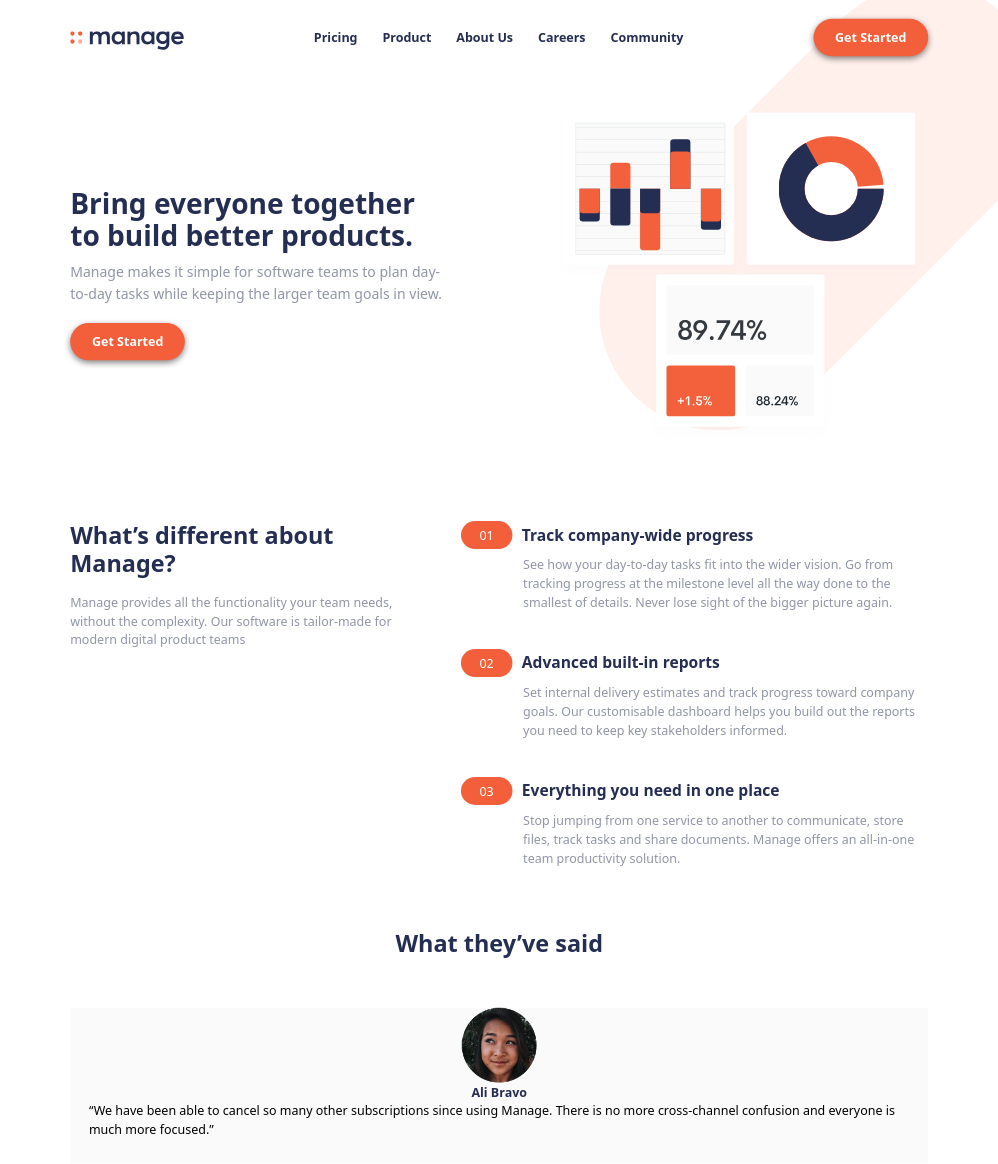
Repository: aqib-01/manage-landing-page
Page: /
The author's editor kept a copy of each file at every save. The page is drawn from the files as they stood at one save, then again after the next save.
The browser window is 1280 px wide. The pictures show the whole page, at 78% of full size.
The project was rebuilt for these pictures with package versions that can differ from the ones it lists, and the page was loaded fresh each time.

Above is the page before, as saved 2022-05-12 21:22:21.

### public/index.html
<!DOCTYPE html>
<html lang="en">
  <head>
    <meta charset="utf-8" />
    <link rel="icon" href="%PUBLIC_URL%/favicon.ico" />
    <meta name="viewport" content="width=device-width, initial-scale=1" />
    <meta name="theme-color" content="#000000" />
    <meta name="description" content="Manage Landing Page" />
    <link rel="apple-touch-icon" href="%PUBLIC_URL%/logo192.png" />

    <link rel="manifest" href="%PUBLIC_URL%/manifest.json" />

    <title>Manage Landing Page</title>
  </head>
  <body>
    <noscript>You need to enable JavaScript to run this app.</noscript>
    <div id="root"></div>
  </body>
</html>

### src/index.js
import React from "react";
import ReactDOM from "react-dom";
import "./css/tailwind.css";
import "./css/style.css";
import App from "./App";

ReactDOM.render(
  <React.StrictMode>
    <App />
  </React.StrictMode>,
  document.getElementById("root")
);

### src/css/style.css
.wrapper {
  width: 90%;
  max-width: 1100px;
  @apply mx-auto;
}

img {
  max-width: 100%;
}

html,
body {
  overflow-x: hidden;
}

body {
  position: relative;
}

.nav-intro-sect {
  background-image: url(../../public/images/bg-tablet-pattern.svg);
  background-repeat: no-repeat;
  background-size: contain;
  background-position: top -70px right -80px;
}

@media (min-width: 768px) {
  .nav-intro-sect {
    background-position: top -20px right -60px;
  }
}

nav {
  @apply bg-white absolute top-full  rounded-md text-lg
  font-bold left-0 right-0 mx-5 xs:mx-7 sm:mx-16 md:m-0 overflow-hidden
   text-dark-blue h-0 md:relative md:inset-auto md:overflow-visible
   md:bg-transparent md:text-base  z-30;
}

nav ul {
  @apply py-10 px-8 flex flex-col items-center gap-5 md:gap-8 md:flex-row md:p-0;
}

nav li a {
  @apply hover:opacity-50;
}

.get-start-btn {
  @apply font-bold  bg-bright-red px-7 py-3 rounded-full
  text-white hover:opacity-70;
  -webkit-box-shadow: 0 3px 8px rgba(0, 0, 0, 0.493);
          box-shadow: 0 3px 8px rgba(0, 0, 0, 0.493);
}

.get-start-btn-white {
  @apply font-bold  bg-white px-7 py-3 rounded-full
  text-bright-red hover:bg-very-pale-red;
}

.what-diff-head {
  position: relative;
  @apply flex items-stretch;
}

.what-diff-head::before {
  content: "";
  position: absolute;
  inset: 0;
  @apply bg-very-pale-red -z-10 rounded-full -right-full md:content-none;
}

.what-diff-head span {
  @apply bg-bright-red text-white px-6 rounded-full py-1.5 mr-3
    flex items-center;
}

.what-diff-head h4 {
  @apply font-semibold text-dark-blue flex items-center sm:text-lg md:text-xl;
}

.what-diff-desc {
  @apply text-dark-grayish-blue mt-5 md:mt-2 md:ml-20 text-sm sm:text-base;
}

.swiper-wrapper {
  -webkit-box-align: stretch !important;
      -ms-flex-align: stretch !important;
          align-items: stretch !important;
}

.swiper-wrapper .swiper-slide {
  height: auto;
}

.swiper-pagination-bullet {
  width: 10px !important;
  background-color: transparent !important;
  height: 10px !important;
  border: 2px solid #f25f3a !important;
}

.swiper-pagination-bullet-active {
  background-color: #f25f3a !important;
}

.simplify-sect {
  @apply bg-bright-red py-20;
  background-image: url(../../public/images/bg-simplify-section-mobile.svg);
  background-repeat: no-repeat;
}

@media (min-width: 768px) {
  .simplify-sect {
    background-image: url(../../public/images/bg-simplify-section-desktop.svg);
  }
}

.simplify-sect h2 {
  @apply text-4xl text-white font-semibold text-center
     md:text-left;
}

.simplify-sect button {
  @apply block mt-10 mx-auto md:m-0;
}

.footer-nav {
  @apply flex flex-col gap-3;
}

.footer-nav li a {
  @apply text-very-light-gray font-semibold hover:underline hover:opacity-50;
}

.social-links li button {
  @apply hover:opacity-50;
}

.social-links li button img {
  width: 25px;
}
/*# sourceMappingURL=style.css.map */

### src/App.js
import React from "react";
import Intro from "./components/Intro";
import Nav from "./components/Nav";
import Testimonials from "./components/Testimonials";
import WhatDifferent from "./components/WhatDifferent";

const App = () => {
  return (
    <>
      <div className="nav-intro-sect">
        <Nav />

        <Intro />
      </div>

      <WhatDifferent />
      <Testimonials />
    </>
  );
};

export default App;

### src/components/Intro.js
import React from "react";

const Intro = () => {
  return (
    <section className="mt-10">
      <div className="wrapper">
        <div className="md:flex md:items-center gap-6">
          <div className="md:order-2 flex-1">
            <img
              className="block mx-auto"
              src="images/illustration-intro.svg"
              alt=""
            />
          </div>
          <div className="mt-5 text-center md:text-left  flex-1 lg:mr-28 ">
            <h1 className="text-dark-blue font-bold  text-4xl">
              Bring everyone together to build better products.
            </h1>
            <p className="mt-3 text-lg text-dark-grayish-blue ">
              Manage makes it simple for software teams to plan day-to-day tasks
              while keeping the larger team goals in view.
            </p>
            <button className="get-start-btn  mx-auto my-6 block md:mx-0">
              Get Started
            </button>
          </div>
        </div>
      </div>
    </section>
  );
};

export default Intro;

### src/components/Nav.js
import React, { useEffect, useState, useLayoutEffect } from "react";
import gsap from "gsap";
import { ScrollTrigger } from "gsap/ScrollTrigger";
gsap.registerPlugin(ScrollTrigger);
const Nav = () => {
  const [isNavOpen, setIsNavOpen] = useState(false);
  const toggleNav = () => {
    setIsNavOpen(!isNavOpen);
  };
  useEffect(() => {
    let navShowEl = document.querySelector(".nav-show");
    let navHideEl = document.querySelector(".nav-hide");
    if (isNavOpen) {
      document.documentElement.classList.add("overflow-hidden");
    } else if (!isNavOpen) {
      document.documentElement.classList.remove("overflow-hidden");
    }
    if (navShowEl) {
      gsap.to(navShowEl, {
        height: "auto",
        ease: "power",
      });
    }
    if (navHideEl) {
      gsap.to(navHideEl, {
        height: 0,
        duration: 0.2,
      });
    }
  }, [isNavOpen]);
  useEffect(() => {
    window.addEventListener(
      "resize",
      () => {
        if (window.innerWidth >= 768) {
          setIsNavOpen(false);
        }
      },
      []
    );
  });
  return (
    <>
      {isNavOpen && (
        <div className=" bg-black fixed inset-0 bg-opacity-10"></div>
      )}



      <header className=" ">
        <div className="wrapper py-8 relative md:py-6">
          <div className="flex items-center justify-between gap-10">
            <div className="logo-main relative z-20 mt-2">
              <img src="images/logo.svg" alt="Main Logo" />
            </div>
            <button
              className="ham-btn relative z-20 md:hidden"
              onClick={toggleNav}
            >
              <img
                src={
                  isNavOpen
                    ? "images/icon-close.svg"
                    : "images/icon-hamburger.svg"
                }
                alt="Hamburger Icon"
              />
            </button>
            <nav
              className={`${isNavOpen ? "nav-show" : "nav-hide"} md:!h-auto`}
            >
              <ul>
                <li>
                  <a href="#">Pricing</a>
                </li>
                <li>
                  <a href="#">Product</a>
                </li>
                <li>
                  <a href="#">About Us</a>
                </li>
                <li>
                  <a href="#">Careers</a>
                </li>
                <li>
                  <a href="#">Community</a>
                </li>
              </ul>
            </nav>
            <button className="get-start-btn hidden  lg:block">
              Get Started
            </button>
          </div>
        </div>
      </header>
    </>
  );
};

export default Nav;

### src/components/Testimonials.js
import React from "react";

const Testimonials = () => {
  return (
    <section className="mt-20">
      <div className="wrapper">
        <h2 className="text-3xl mb-16 text-center text-dark-blue font-semibold">
          What they’ve said{" "}
        </h2>
        <div>
          <div className="bg-very-light-gray px-6 pb-8">
            <img
              className="w-24 block mx-auto"
              src="images/avatar-ali.png"
              alt=""
            />
            <div>
              <h5 className="text-dark-blue font-semibold text-center">
                Ali Bravo
              </h5>
              <p>
                “We have been able to cancel so many other subscriptions since
                using Manage. There is no more cross-channel confusion and
                everyone is much more focused.”
              </p>
            </div>
          </div>
        </div>
      </div>
    </section>
  );
};

export default Testimonials;

### src/components/WhatDifferent.js
import React from "react";

const WhatDifferent = () => {
  return (
    <section className="mt-24">
      <div className="wrapper">
        <div className="md:flex gap-10 lg:gap-20">
          <div className="text-center mb-16 md:text-left">
            <h2 className="text-3xl text-dark-blue font-bold">
              What’s different about Manage?
            </h2>
            <p className="text-dark-grayish-blue mt-5">
              Manage provides all the functionality your team needs, without the
              complexity. Our software is tailor-made for modern digital product
              teams
            </p>
          </div>
          <div>
            <div>
              <div className="what-diff-head ">
                <span className="">01</span>
                <h4 className="">Track company-wide progress</h4>
              </div>
              <p className="what-diff-desc">
                See how your day-to-day tasks fit into the wider vision. Go from
                tracking progress at the milestone level all the way done to the
                smallest of details. Never lose sight of the bigger picture
                again.
              </p>
            </div>
            <div className="mt-12">
              <div className="what-diff-head ">
                <span className="">02</span>
                <h4 className="">Advanced built-in reports</h4>
              </div>
              <p className="what-diff-desc">
                Set internal delivery estimates and track progress toward
                company goals. Our customisable dashboard helps you build out
                the reports you need to keep key stakeholders informed.
              </p>
            </div>
            <div className="mt-12">
              <div className="what-diff-head ">
                <span className="">03</span>
                <h4 className="">Everything you need in one place</h4>
              </div>
              <p className="what-diff-desc">
                Stop jumping from one service to another to communicate, store
                files, track tasks and share documents. Manage offers an
                all-in-one team productivity solution.
              </p>
            </div>
          </div>
        </div>
      </div>
    </section>
  );
};

export default WhatDifferent;

### tailwind.config.js
module.exports = {
  content: ["./src/**/*.{js,jsx,ts,tsx}"],
  theme: {
    screens: {
      xs: "380px",
      sm: "640px",

      md: "768px",

      lg: "1024px",

      xl: "1280px",

      "2xl": "1536px",
    },
    extend: {
      colors: {
        "bright-red": "hsl(12, 88%, 59%)",
        "dark-blue": "hsl(228, 39%, 23%)",
        "dark-grayish-blue": "hsl(227, 12%, 61%)",
        "very-dark-blue": "hsl(233, 12%, 13%)",
        "very-pale-red": "hsl(13, 100%, 96%)",
        "very-light-gray": "hsl(0, 0%, 98%)",
      },
    },
  },
  plugins: [],
};

Loaded but not shown: src/css/tailwind.css (common file)

After the next save:
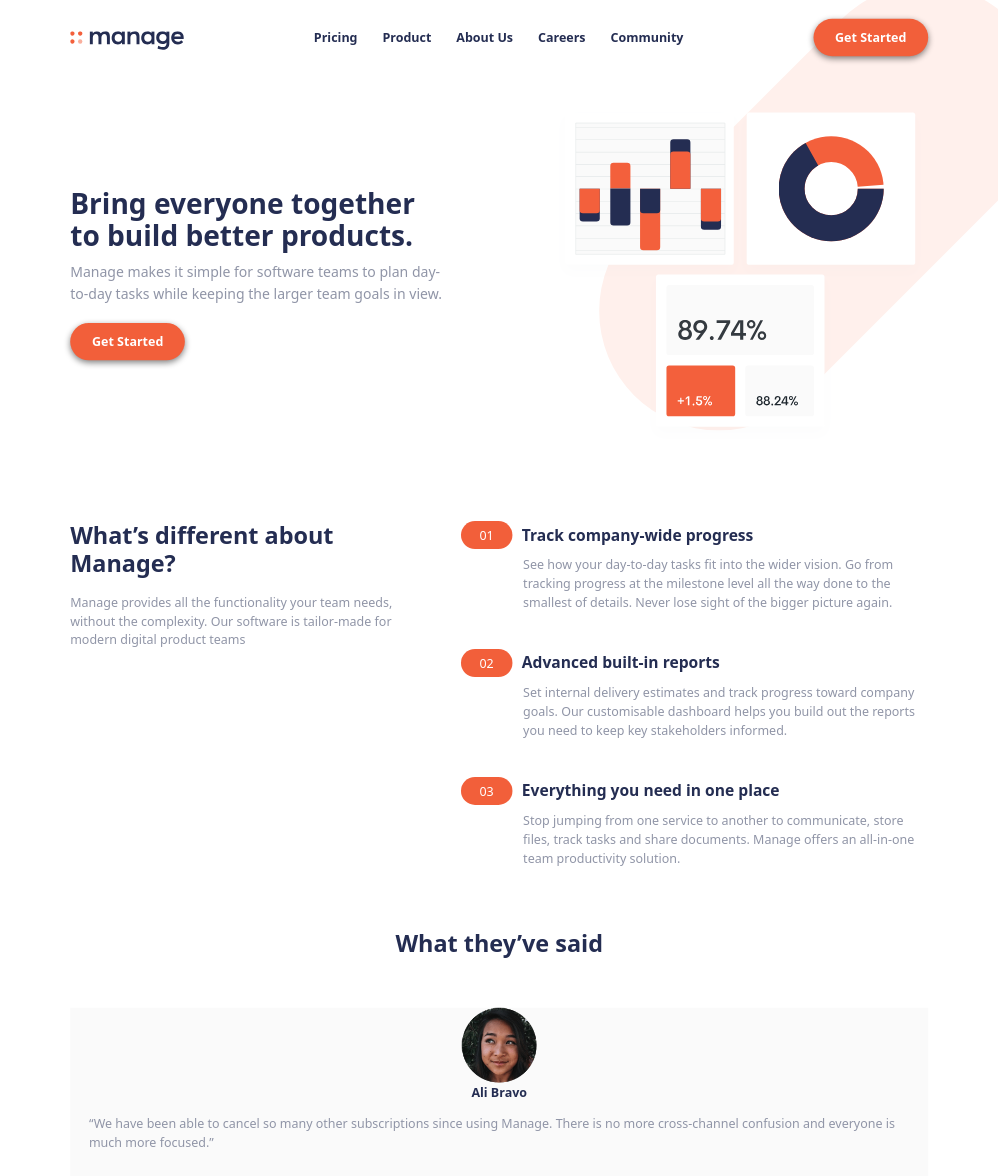
Saved 11 s later.
--- a/src/components/Testimonials.js
+++ b/src/components/Testimonials.js
@@ -18,7 +18,7 @@ const Testimonials = () => {
               <h5 className="text-dark-blue font-semibold text-center">
                 Ali Bravo
               </h5>
-              <p>
+              <p className="mt-4 text-dark-grayish-blue">
                 “We have been able to cancel so many other subscriptions since
                 using Manage. There is no more cross-channel confusion and
                 everyone is much more focused.”
